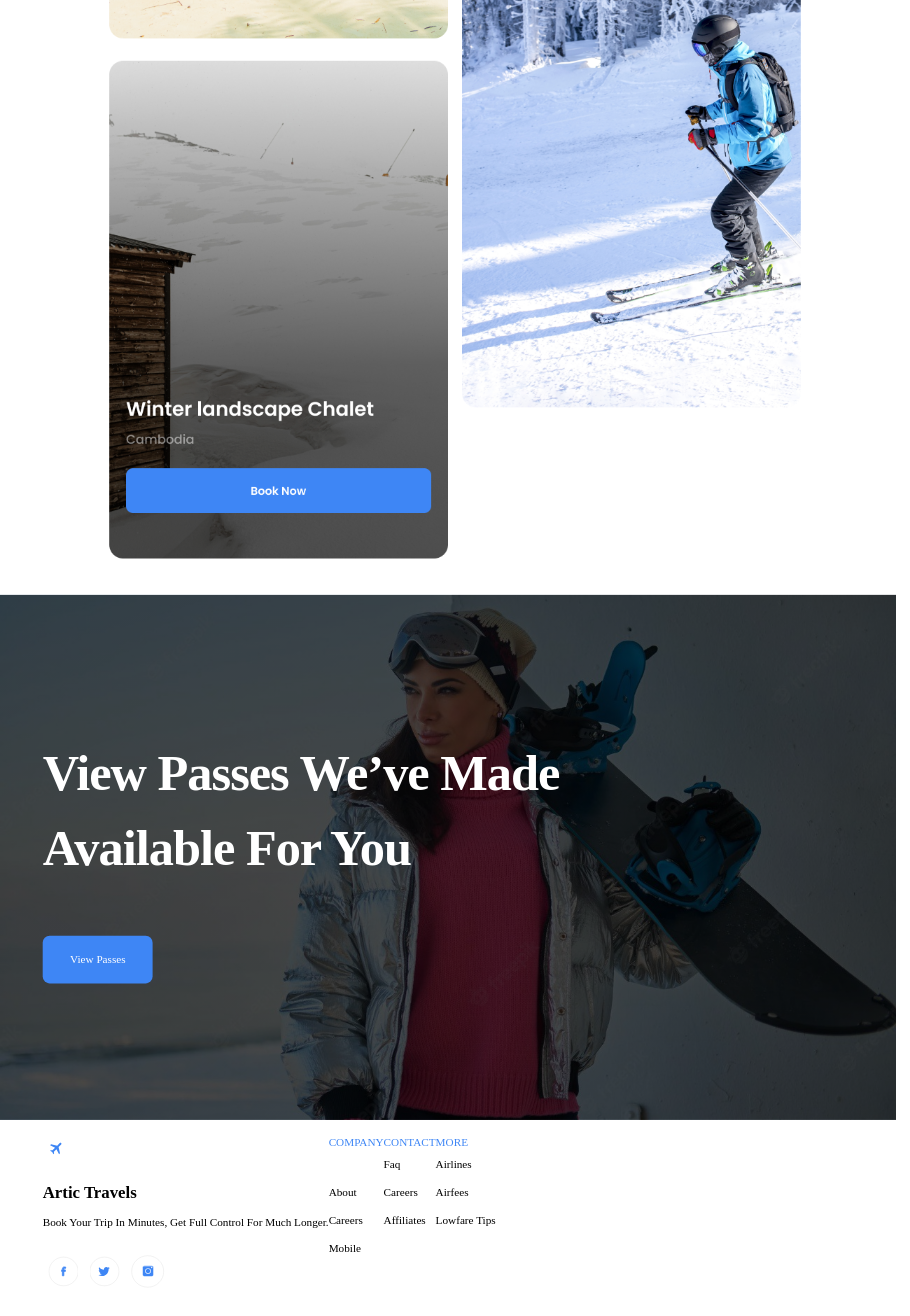
Repository: swissjake/arctic-travel-agency
Page: /
An editor plug-in stored every save of this project. The page is shown before and after the next save, followed by the edit.
The browser window is 1280 px wide. The page is 1300 px wide, so the pictures cover 1300 px, including what lies to the right of the window. The pictures show the part of the page from y = 3677 to 5557 px (the page is 5557 px tall), at 70% of full size.
The project was rebuilt for these pictures with package versions that can differ from the ones it lists, and the page was loaded fresh each time. Also part of the build but not shown: src/App.css.

Above is the page before, as saved 2022-05-04 12:59:53.

### public/index.html
<!DOCTYPE html>
<html lang="en">
  <head>
    <meta charset="utf-8" />
    <link rel="icon" href="%PUBLIC_URL%/favicon.ico" />
    <meta name="viewport" content="width=device-width, initial-scale=1" />
    <meta name="theme-color" content="#000000" />
    <meta
      name="description"
      content="Web site created using create-react-app"
    />

    <title>Arctic Travel Agency</title>
  </head>
  <body>
    <noscript>You need to enable JavaScript to run this app.</noscript>
    <div id="root"></div>
    <!--
      This HTML file is a template.
      If you open it directly in the browser, you will see an empty page.

      You can add webfonts, meta tags, or analytics to this file.
      The build step will place the bundled scripts into the <body> tag.

      To begin the development, run `npm start` or `yarn start`.
      To create a production bundle, use `npm run build` or `yarn build`.
    -->
  </body>
</html>

### src/index.css
@tailwind base;
@tailwind components;
@tailwind utilities;

@import url('https://fonts.googleapis.com/css2?family=Poppins:wght@300;400;500;700&display=swap');


body{
    font-family: 'poppins';
}

@layer components {
    .container {
        @apply max-w-[1440px] mx-auto
    }
    .btn{
        @apply mt-[68px] bg-[#3E86F5] py-[22px] px-[39px] rounded-[10px] text-[16px] text-white
    }
    .booktrip{
        @apply font-medium text-[18px]
    }

}

.bookshadow{
    box-shadow: 0px 134px 193px rgba(183, 183, 183, 0.07), 0px 16.7789px 24.1666px rgba(183, 183, 183, 0.035);
}
/* .container {
    max-width: 1440px;
    margin: 0 auto;
} */

### src/pages/LandingPage.tsx
import Footer from "../components/Footer/Footer"
import Hero from "../components/Hero/Hero"
import HeroIcons from "../components/HeroIcons/HeroIcons"
import IceCold from "../components/IceCold/IceCold"
import Nav from "../components/Nav/Nav"
import Passes from "../components/Passes/Passes"
import Region from "../components/Region/Region"
import Resort from "../components/Resort/Resort"
import heroImage from '../assets/heroImage.jpeg'


const LandingPage = () => {
  return (
    <>
  <div>
  <div className="h-[780px]  w-full bg-no-repeat bg-center bg-cover" style={{backgroundImage:`linear-gradient(180deg, rgba(0, 0, 0, 0.65) 0%, rgba(0, 0, 0, 0.580838) 32.24%, rgba(0, 0, 0, 0.486293) 62.09%, rgba(0, 0, 0, 0) 98.06%), url(${heroImage})`}}>
     <Nav />
     <Hero />

  </div>

    <HeroIcons />
    <IceCold />
  </div>
  <Region />
  <Resort/>
  <Passes />

     {/*  style={{backgroundImage:`linear-gradient(180deg, rgba(0, 0, 0, 0.65) 0%, rgba(0, 0, 0, 0.580838) 32.24%, rgba(0, 0, 0, 0.486293) 62.09%, rgba(0, 0, 0, 0) 98.06%), url(${heroImage})`}} */}

     <Footer/>
    </>
  )
}

export default LandingPage

### src/components/Footer/Footer.tsx
import React from 'react'
import aeroplane from "../../assets/aeroplane.svg"
import facebook from "../../assets/facebook.svg"
import instagram from "../../assets/instagram.svg"
import twitter from "../../assets/twitter.svg"


const social=[facebook,twitter,instagram]
const company=["about","careers","mobile"]
const contact=["faq","careers","affiliates"]
const more=["airlines","airfees","lowfare tips"]





const Footer = () => {
  return (
      <footer className=''>
         <div className="container p-[20px] md:pl-[61px] md:pr-[57px]">
            <div className="md:flex">

<div className="mb-5">
  <img src={aeroplane} className="mb-[27px]" alt="aeroplane" />
  <p className="capitalize text-2xl font-bold">artic travels</p>
  <p className="capitalize mt-[16px] mb-[34px]">Book your trip in minutes, get full
control for much longer.</p>
<div className="flex mt-5">

  {social.map((item,index)=> (<img src={item} className="mx-2 " alt="icons" />))}
</div>
</div>

<div className='mb-5'>
  <h2 className="text-[#3E86F5] mb-[40px] uppercase">company</h2>
  <ul>
    {company.map((item,index)=>(
      <li className="capitalize leading-10">{item}</li>
    ))}
  </ul>
</div>

<div className='mb-5'>
  <h2 className="text-[#3E86F5] uppercase">contact</h2>
  <ul>
    {contact.map((item,index)=>(
      <li className="capitalize leading-10">{item}</li>
    ))}
  </ul>
</div>

<div className='mb-5'>
  <h2 className="text-[#3E86F5] uppercase">more</h2>
  <ul>
    {more.map((item,index)=>(
      <li className="capitalize leading-10">{item}</li>
    ))}
  </ul>
</div>


              </div>
         </div>
      </footer>

  )
}

export default Footer

### src/components/Hero/Hero.tsx

const Hero = () => {
  return (
    <section >
         <div className="container md:pl-[61px] p-[20px] md:pr-[57px]">
           {/* <img src={heroImage} alt="" /> */}
           <div className="pt-[160px] text-center md:text-left md:pt-[200px] text-white ">
           <h1 className="md:w-[46.6rem] md:whitespace-nowrap text-[32px] md:text-[56px] capitalize font-bold tracking-{-0.03em}">Plan the perfect winter trip</h1>
           <p className="md:w-[33rem] text-[14px] md:text-[22px] font-normal tracking-[-0.01em] mt-[20px]">Easily plan your ideal ski trip from home with the help of professionals</p>
           <button className="btn">Book Now</button>
           </div>
        </div>
    </section>

  )
}

export default Hero

//background: linear-gradient(180deg, rgba(0, 0, 0, 0.65) 0%, rgba(0, 0, 0, 0.580838) 32.24%, rgba(0, 0, 0, 0.486293) 62.09%, rgba(0, 0, 0, 0) 98.06%);

### src/components/HeroIcons/HeroIcons.tsx
import React from 'react'
import nike from '../../assets/nike.svg'
import applepay from '../../assets/applepay.svg'
import silverstar from '../../assets/silverstar.svg'
import intra from '../../assets/intra.svg'
import mastercard from '../../assets/mastercard.svg'
import BookTrip from '../BookTrip/BookTrip'



const HeroIcons = () => {

  return (
    <section className='bg-[#F8F9FC]'>
         <BookTrip />
        <div className='container md:h-[243px]'>
            <div className='flex flex-wrap md:flex-nowrap items-center justify-center px-3 pb-[45px]  md:px-[222px] pt-[200px] md:pt-[149px] space-y-6 md:space-y-0'>
                    <div className='md:mr-[120px] mr-[40px]'>
                        <img className='w-[96px] h-[50px]' src={nike} alt="nike" />
                    </div>
                    <div className='md:mr-[126px] mr-[40px]'>
                        <img className='w-[96px] h-[56px]' src={applepay} alt="applepay" />
                    </div>
                    <div className='md:mr-[128px] mr-[40px]'>
                        <img className='w-[126px] h-[57px]' src={silverstar} alt="silver" />
                    </div>
                    <div className='md:mr-[130px] mr-[40px]'>
                        <img className='w-[108px] h-[46px]' src={intra} alt="intra" />
                    </div>
                    <div className=''>
                        <img className='w-[64px] h-[64px]' src={mastercard} alt="mastercard" />
                    </div>
            </div>

        </div>
    </section>
    )
}

export default HeroIcons

### src/components/IceCold/IceCold.tsx
import React from 'react'
import map from '../../assets/map.svg'
import arrow from '../../assets/Arrow.svg'

const IceCold = () => {
  return (
      <section className='bg-[#F8F9FC]'>
         <div className='container h-[693px] p-[20px] pt-[179px] md:pl-[40px]'>
             <div className='h-[492px] relative  bg-[rgba(62, 134, 245, .2)]' style={{backgroundImage:`url(${map})`}}>
                <h1 className='w-full md:w-[791px] leading-[54px] tracking-[-0.02em] text-[black] font-semibold left-[50%] translate-x-[-50%] absolute top-[-60px] h-[108px] text-[30px] md:text-[40px] text-center'>Creating the best <span className='text-[#3E86F5]'>ice-cold!</span> experience you would never forget.</h1>

                 <p className='w-full md:w-[697px] md:h-[72px] absolute left-[50%] translate-x-[-50%] text-[rgba(0, 0, 0, 0.5)] text-[18px] md:text-[24px] mt-[120px] md:mt-[60px] text-center leading-[36px] font-normal'>Would you explore nature paradise in the world, find the best destination in the world with us.</p>
                <div className=''>
                    <h1 className='w-full md:w-[454px] md:h-[50px] md:whitespace-nowrap absolute mb-[75px] md:mb-[150px] bottom-0 left-[50%] translate-x-[-50%] font-semibold text-[#000000] text-[40px] text-center leading-[60px] tracking-[-0.02em]'>View Regions available</h1>
                    <img className='absolute bottom-0 left-[50%] translate-x-[-50%] mb-[36px] md:mb-[73px]' src={arrow} alt="/" />
                </div>
             </div>

        </div>
      </section>

  )
}

export default IceCold

### src/components/Nav/Nav.tsx
import React, {useState} from 'react'
import aeroplane from "../../assets/aeroplane.svg";
import {AiOutlineClose, AiOutlineMenu} from 'react-icons/ai'

const Nav = () => {
  const [close, setClose]=useState(true)


  const navitems:string[] = ["About us", "Support", "Language"];
  return (
    <section className=''>
<div className='container  top-0 flex md:pl-[61px] justify-between p-[20px] md:pr-[57px]'>
  <div className="flex items-center">
  <img src={aeroplane} className="mr-[10px]" alt="aeroplane" />
  <h2 className='capitalize font-bold text-white mr-[56px]'>artic travels</h2>
 <ul className="inline hidden md:block">
   {navitems.map((item:string, index) => <li key={index} className="inline capitalize text-white mr-[40px]"><button>{item}</button></li>)}
 </ul>
  </div>

  <button className='hidden md:block text-[#3E86F5] h-[48px] rounded-[10px] w-[151px] bg-white'>
  Sign in
</button>
<button className='md:hidden block' onClick={()=>setClose(!close)}>
<AiOutlineMenu size={20} className='text-white'/>
</button>
</div>
<div style={{width:close?"0%":"100%",transition:"all .5s"}} className="fixed md:hidden block overflow-hidden  flex h-[100%] top-0 bg-black z-50">
<ul className="inline m-auto">
   {navitems.map((item:string) => <li className="leading-10 text-white"><button onClick={()=>setClose(true)} className="capitalize">{item}</button></li>)}
 </ul>
 <button className='hidden text-[#3E86F5] h-[48px] rounded-[10px] w-[151px] bg-white'>
  Sign in
</button>


<button onClick={()=>setClose(!close)} className="absolute top-[5%] right-[5%] border-white border-[4px] font-bold p-1 rounded-full"><AiOutlineClose size={20} className='fill-white'/></button>

</div>

    </section>
  )
}

export default Nav

// npm install @mui/icons-material

### src/components/Passes/Passes.tsx
import React from 'react'
import passes from '../../assets/passesimg.jpg'

const Passes = () => {
  return (
      <section className='bg-center bg-cover bg-no-repeat' style={{backgroundImage: `linear-gradient(0deg, rgba(0, 0, 0, 0.7), rgba(0, 0, 0, 0.7)),url(${passes})`, backgroundPosition:"center 25%"}}>
            <div className='container h-[500px] md:h-[750px] md:pl-[61px]  md:pr-[57px]  text-white' >
                <div className=' text-center md:text-left'>
                <h1 className='md:w-[1017px] pt-[120px] md:pt-[200px] font-semibold text-[36px] md:text-[72px] leading-[54px] md:leading-[108px] tracking-[-0.02em]'>View Passes We’ve Made Available For You</h1>
                <button className='btn mt-[40px] md:mt-[71px]'>View Passes</button>
                </div>
            </div>
      </section>

  )
}

export default Passes

### src/components/Region/Region.tsx
import React from 'react'
import region1 from '../../assets/region1.png'
import region2 from '../../assets/region2.png'
import region3 from '../../assets/region3.png'


const Region = () => {
  return (
      <section>
             <div className=''>
                 <div className='flex '>
             <div className='flex-1'>
             <img className="w-full" src={region1} alt="/"/>
             </div>

               <div className="flex-1">
               <img className="w-full" src={region2} alt="/" />

               </div>

             <div className="flex-1">
                <img className='w-full'  src={region3} alt="/" />
            </div>



            </div>
            </div>
      </section>

  )
}

export default Region

### src/components/Resort/Resort.tsx
import React from 'react'
import picture1 from "../../assets/picture1.png"
import picture2 from "../../assets/picture2.png"
import picture3 from "../../assets/picture3.png"
import picture4 from "../../assets/picture4.png"
const Resort = () => {
  return (
 <section>
   <div className="container p-[20px] pt-[179px] md:pl-[40px]">
<div className="md:flex gap-5 justify-between">

  <div className="flex-1">
  <p className="text-[3rem] md:w-[80%] w-full mb-[4.5rem] font-[600] tracking-[-0.02em]">The best resorts to chill and relax</p>
  <div className="w-full flex justify-end flex-wrap">
  <img src={picture1} className="mb-[32px]" alt="" />
<img src={picture2} className="mb-[32px]" alt="" />
  </div>

  </div>

<div className="flex-1">
<img src={picture3} className="mb-5 mb-[32px]" alt="" />
<img src={picture4} alt="" />
</div>

  </div>
   </div>
 </section>
  )
}

export default Resort

### src/components/BookTrip/BookTrip.tsx
import React from 'react'
import location from '../../assets/location.svg'
import aero from '../../assets/aero.svg'
import user from '../../assets/user.svg'
import dropdown from '../../assets/dropdown.svg'
import checkin from '../../assets/checkin.svg'

const BookTrip = () => {
  return (
      <section>
            <div className='container p-2 md:p-0 md:relative'>

                <div className='bookshadow md:w-[1320px] md:absolute bg-white rounded-[16px] md:z-40 md:h-[140px] md:mt-[-75px] md:left-[50%] md:translate-x-[-50%] md:space-x-[120px] md:flex-row flex flex-col p-7  items-center justify-center'>
                    <div className='mb-4 md:mb-0'>
                        <div className='flex'>
                            <img className="mr-[20px]" src={location} alt="/" />
                            <p className='font-medium text-[#929191] text-[16px] tracking-[0.08em] leading-[24px] uppercase'>location</p>
                        </div>
                        <div className='flex'>
                            <p className="booktrip">Iceland</p>
                            <img className="ml-[8px]" src={dropdown} alt="/" />
                        </div>
                    </div>

                    <div className='mb-4 md:mb-0'>
                        <div className='flex'>
                            <img className="mr-[20px]" src={user} alt="/" />
                         <p className='font-medium text-[#929191] text-[16px] tracking-[0.08em] leading-[24px] uppercase'>Persons</p>
                    </div>
                    <div className='flex'>
                        <p className="booktrip">4 Persons</p>
                        <img className="ml-[8px]" src={dropdown} alt="/" />
                    </div>
                </div>

                <div className='mb-4 md:mb-0'>
                    <div className='flex'>
                        <img className="mr-[20px]" src={checkin} alt="/" />
                         <p className='font-medium text-[#929191] text-[16px] tracking-[0.08em] leading-[24px] uppercase'>check in</p>
                    </div>
                    <div className='flex'>
                        <p className="booktrip">12 January 2022</p>
                        <img className="ml-[8px]" src={dropdown} alt="/" />
                    </div>
                </div>

                <div className=''>
                    <div className='flex'>
                        <img className="mr-[20px]" src={checkin} alt="/" />
                         <p className='font-medium text-[#929191] text-[16px] tracking-[0.08em] leading-[24px] uppercase'>checkout</p>
                    </div>
                    <div className='flex'>
                        <p className="booktrip">18 January 2022</p>
                        <img className="ml-[8px]" src={dropdown} alt="/" />
                    </div>
                </div>
                <button className='btn flex md:my-[38px]'>Book Trip <img className='ml-[12px]' src={aero} alt="/" /> </button>
                </div>
            </div>
    </section>


  )
}

export default BookTrip

Loaded but not shown: src/index.tsx (common file); src/App.tsx (common file); tailwind.config.js (common file)

After the next save:
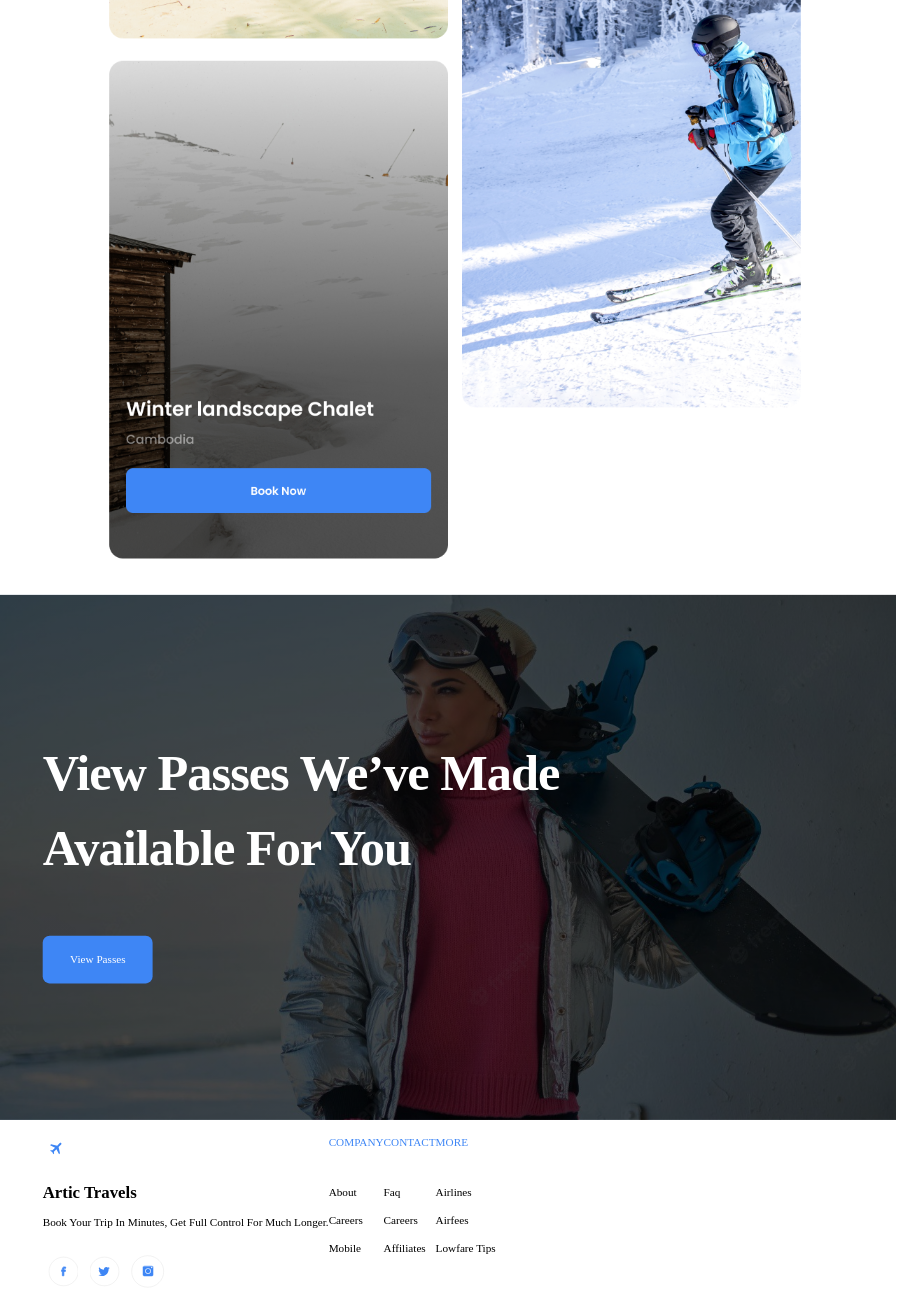
Saved 24 s later.
--- a/src/components/Footer/Footer.tsx
+++ b/src/components/Footer/Footer.tsx
@@ -41,7 +41,7 @@ control for much longer.</p>
 </div>
 
 <div className='mb-5'>
-  <h2 className="text-[#3E86F5] uppercase">contact</h2>
+  <h2 className="text-[#3E86F5] mb-[40px] uppercase">contact</h2>
   <ul>
     {contact.map((item,index)=>(
       <li className="capitalize leading-10">{item}</li>
@@ -50,7 +50,7 @@ control for much longer.</p>
 </div>
 
 <div className='mb-5'>
-  <h2 className="text-[#3E86F5] uppercase">more</h2>
+  <h2 className="text-[#3E86F5] mb-[40px] uppercase">more</h2>
   <ul>
     {more.map((item,index)=>(
       <li className="capitalize leading-10">{item}</li>
